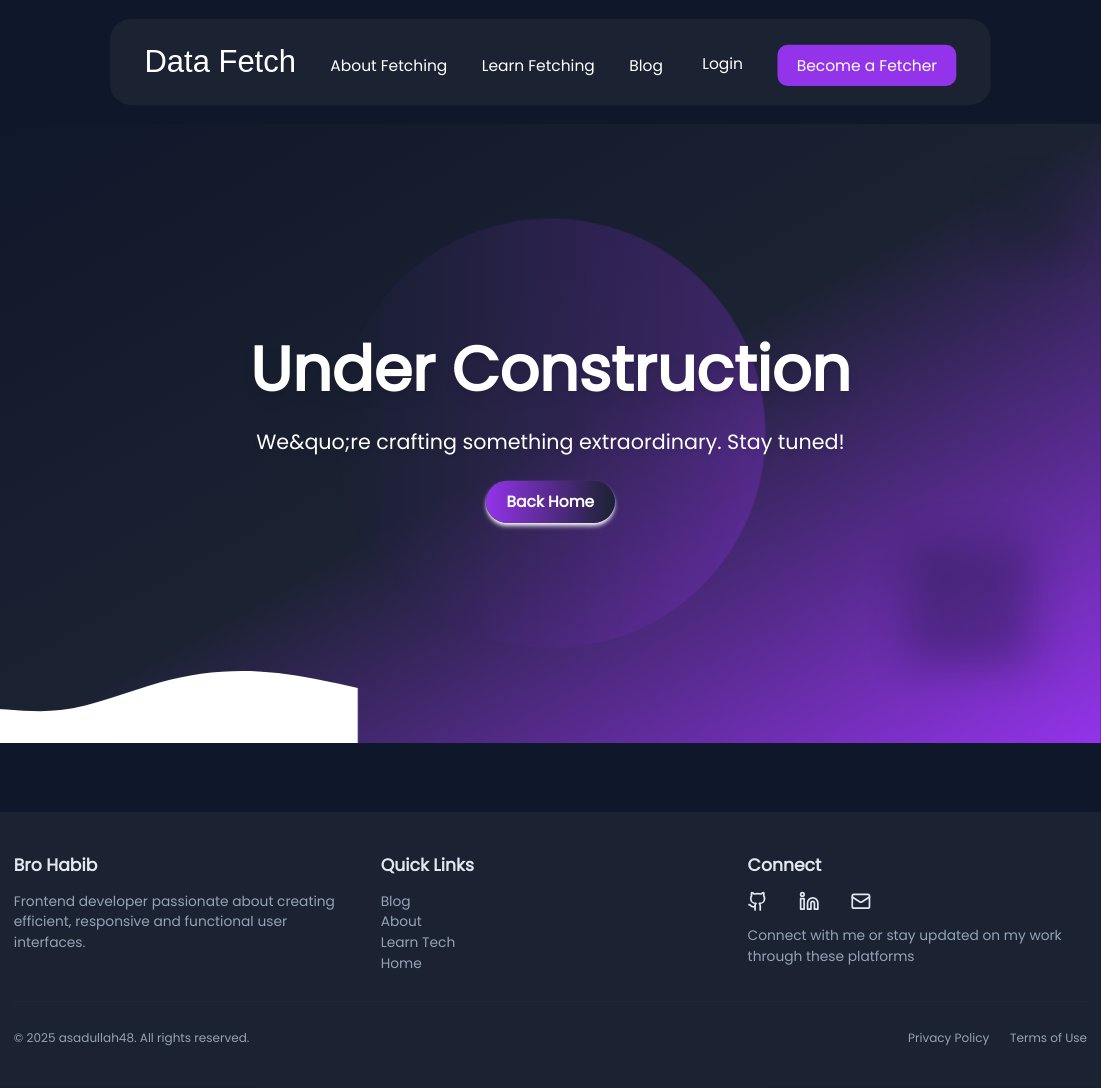
Repository: asadullah48/data-fetch
Page: /learnTech
An editor plug-in stored every save of this project. The page is shown before and after a run of saves, followed by the edit.
The browser window is 1280 px wide. The pictures show the whole page, at 86% of full size.
Some web fonts or font styles are not loaded; a fallback is used. The project was rebuilt for these pictures with package versions that can differ from the ones it lists, and the page was loaded fresh each time. The framework's server and built-in components were replaced by stand-ins that run in the browser. Also part of the build but not shown: next.config.mjs.

Above is the page before, as saved 2025-01-15 13:55:56.

After the next 4 saves:
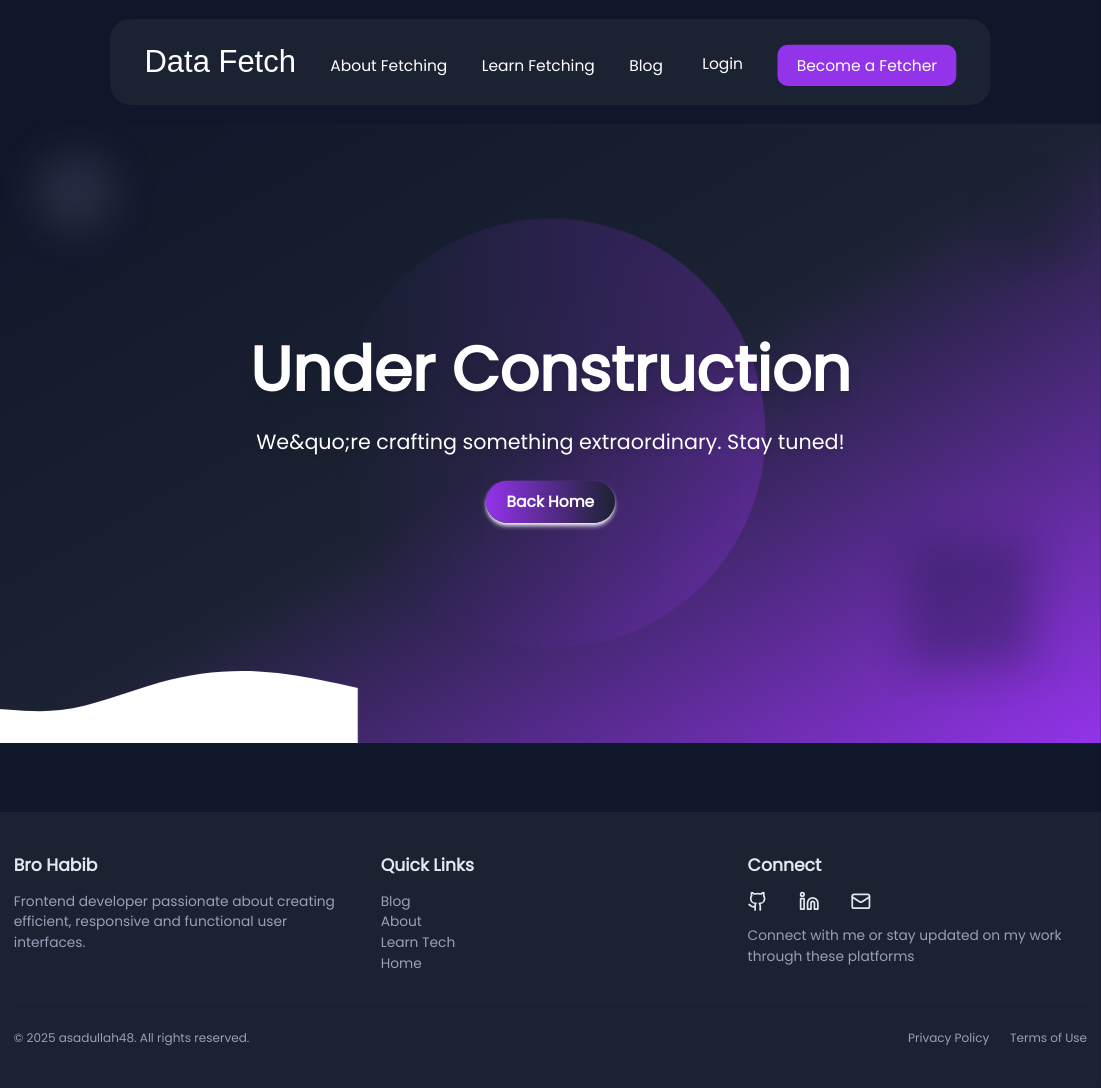
The 4 saves are shown as one change because they came seconds apart.
The last was saved 11 s later.
--- a/src/app/learnTech/page.tsx
+++ b/src/app/learnTech/page.tsx
@@ -11,7 +11,7 @@
 
             {/* Floating Animated Shapes */}
             <div className="absolute inset-0">
-                <div className="absolute top-10 left-10 w-24 h-24 bg-[#56] rounded-full blur-xl opacity-30 animate-float" />
+                <div className="absolute top-10 left-10 w-24 h-24 bg-[#565e7a] rounded-full blur-xl opacity-30 animate-float" />
                 <div className="absolute bottom-20 right-20 w-36 h-36 bg-[#0f172a] rounded-lg blur-xl opacity-30 animate-float delay-2000" />
                 <div className="absolute top-20 right-10 w-20 h-20 bg-[#1b2232] rounded-lg blur-lg opacity-40 animate-float delay-4000" />
             </div>

After the save that followed:
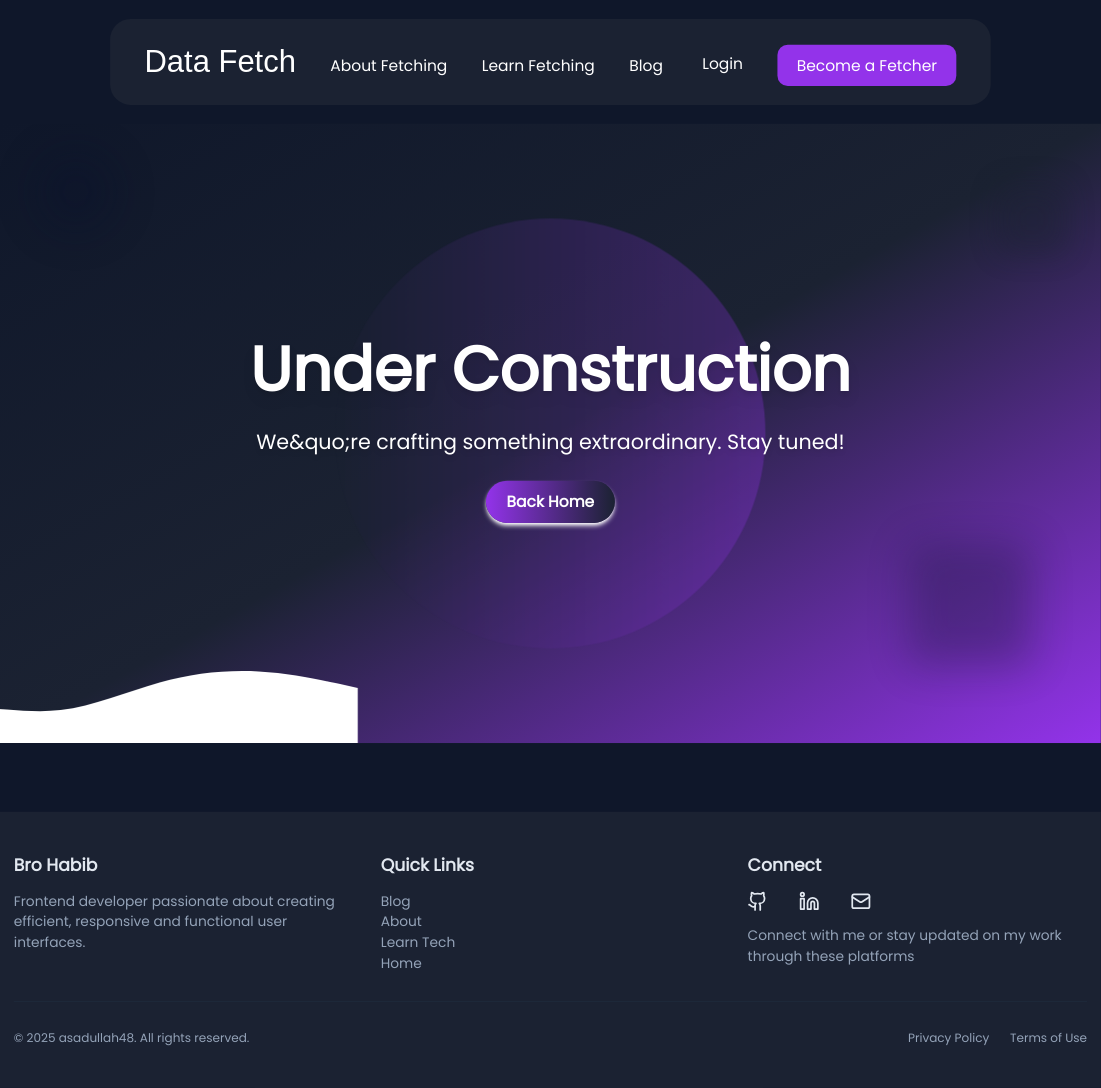
Saved 27 s later.
--- a/src/app/learnTech/page.tsx
+++ b/src/app/learnTech/page.tsx
@@ -11,7 +11,7 @@
 
             {/* Floating Animated Shapes */}
             <div className="absolute inset-0">
-                <div className="absolute top-10 left-10 w-24 h-24 bg-[#565e7a] rounded-full blur-xl opacity-30 animate-float" />
+                <div className="absolute top-10 left-10 w-24 h-24 bg-[#08102c] rounded-full blur-xl opacity-30 animate-float" />
                 <div className="absolute bottom-20 right-20 w-36 h-36 bg-[#0f172a] rounded-lg blur-xl opacity-30 animate-float delay-2000" />
                 <div className="absolute top-20 right-10 w-20 h-20 bg-[#1b2232] rounded-lg blur-lg opacity-40 animate-float delay-4000" />
             </div>
